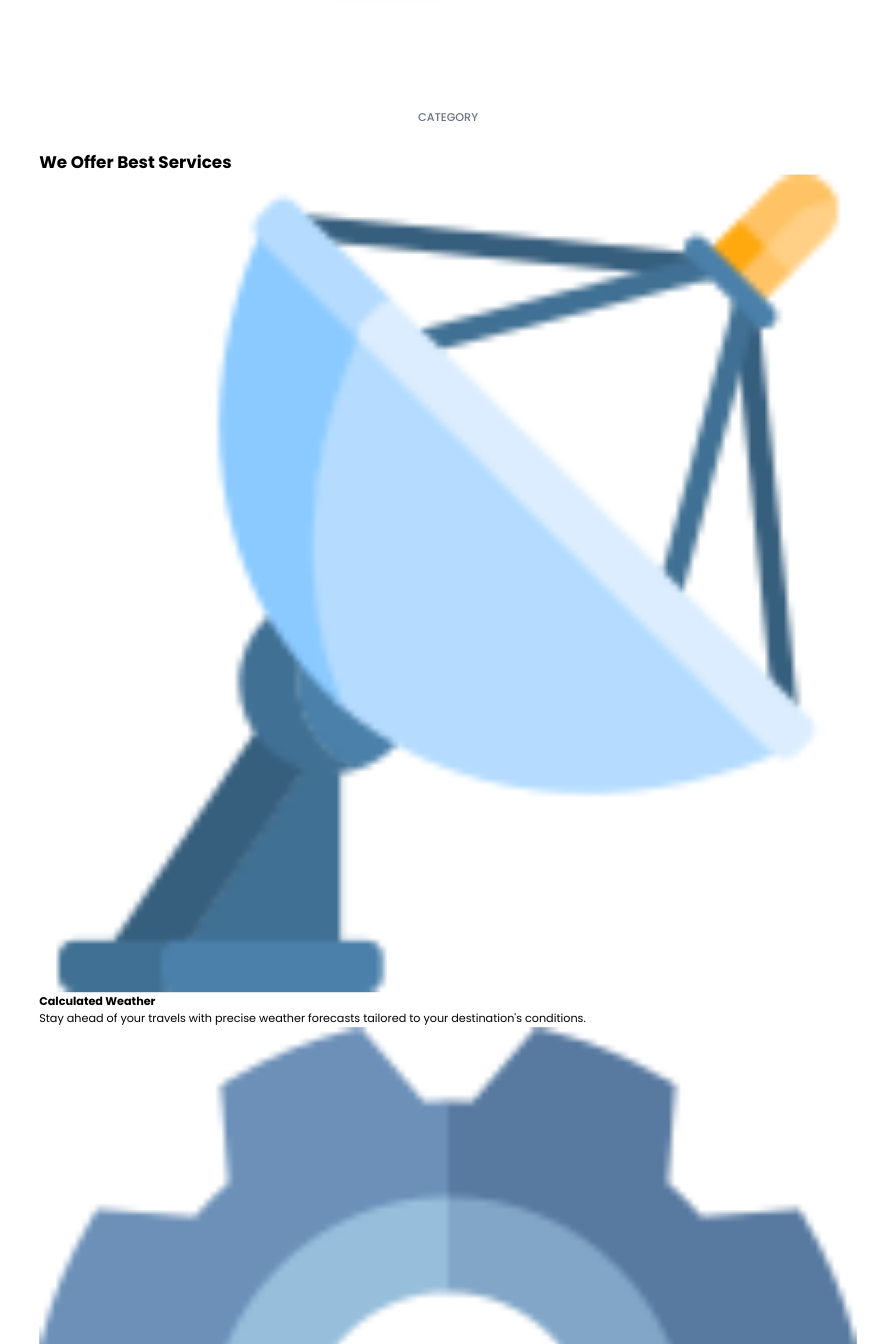
Repository: ntandomagana/travel-website
Page: index.html
The author's editor kept a copy of each file at every save. The page is drawn from the files as they stood at one save, then again after a run of saves.
The browser window is 1280 px wide. The pictures show the part of the page from y = 1178 to 3098 px (the page is 11279 px tall before and 11343 px after), at 70% of full size.

Above is the page before, as saved 2024-05-07 13:18:06.

### index.html
<!DOCTYPE html>
<html lang="en">
  <head>
    <meta charset="UTF-8" />
    <meta name="viewport" content="width=device-width, initial-scale=1.0" />
    <link
      href="https://cdn.jsdelivr.net/npm/remixicon@4.2.0/fonts/remixicon.css"
      rel="stylesheet"
    />
    <link
      rel="stylesheet"
      href="https://cdn.jsdelivr.net/npm/swiper@11/swiper-bundle.min.css"
    />
    <link rel="stylesheet" href="style.css" />
    <title>Travel Website</title>
  </head>
  <body>
    <nav>
      <div class="nav-header">
        <div class="logo">
          <a href="#" class="logo">Travel<span>S</span>.</a>
        </div>
        <div class="nav-menu-btn" id="menu-btn">
          <i class="ri-menu-line"></i>
        </div>
      </div>

      <ul class="nav-links" id="nav-links">
        <li><a href="#home">Home</a></li>
        <li><a href="#service">Services</a></li>
        <li><a href="#destination">Destinations</a></li>
        <li><a href="#trips">Trips</a></li>
        <li><a href="#client">Clients</a></li>
      </ul>
    </nav>

    <header class="section-container header-container" id="home">
      <div class="header-image">
        <img src="assets/header.png" alt="header" />
      </div>
      <div class="header-content">
        <h3 class="section-subheader">BEST DESTINATIONS AROUND THE WORLD</h3>
        <h1>Travel, enjoy and live a new full life</h1>
        <p>
          It's an invitation to break free from the ordinary, immerse yourself
          in diverse cultures, and embrace the beauty of the world around you.
          Let every journey be a chapter in your story of living life to its
          fullest potential.
        </p>
        <div class="header-btns">
          <button class="btn">Find out more</button>
          <a href="#">
            <span><i class="ri-play-fill"></i></span>
            Play Demo
          </a>
        </div>
      </div>
    </header>

    <section class="section-container service-container" id="service">
      <h3 class="section-subheader">CATEGORY</h3>
      <h2 class="section-header">We Offer Best Services</h2>
      <div class="service-grid">
        <div class="service-card">
          <img src="assets/weather.png" alt="service" />
          <h4>Calculated Weather</h4>
          <p>
            Stay ahead of your travels with precise weather forecasts tailored
            to your destination's conditions.
          </p>
        </div>
        <div class="service-card">
          <img src="assets/customisation.png" alt="service" />
          <h4>Customizations</h4>
          <p>
            Tailor your journey with personalized customizations, ensuring every
            detail reflects your unique travel style.
          </p>
        </div>
      </div>
    </section>

    <section class="section-container destination-container" id="destination">
      <h3 class="section-subheader">TOP SELLING</h3>
      <h2 class="section-header">Top Destinations</h2>
      <div class="destination-grid">
        <div class="destination-card">
          <img src="assets/destination-1.jpg" alt="destination" />
          <div class="destination-details">
            <div>
              <h4>Rome, Italy</h4>
              <h4>$5.42k</h4>
            </div>
            <p>
              <span><i class="ri-navigation-fill"></i></span>
              10 days trip
            </p>
          </div>
        </div>
        <div class="destination-card">
          <img src="assets/destination-3.jpg" alt="destination" />
          <div class="destination-details">
            <div>
              <h4>Full Europe</h4>
              <h4>$15k</h4>
            </div>
            <p>
              <span><i class="ri-navigation-fill"></i></span>
              28 Days Trip
            </p>
          </div>
        </div>
      </div>
    </section>

    <section class="section-container trip-container" id="trip">
      <div class="trip-image">
        <img src="assets/trip.png" />
      </div>
      <div class="trip-content">
        <h3 class="section-subheader">EASY & FAST</h3>
        <h2 class="section-header">Book Your Next Trip in 3 Easy Steps</h2>
        <ul class="trip-list">
          <li>
            <span><i class="ri-signpost-line"></i></span>
            <div>
              <h4>Choose Destination</h4>
              <p>
                Choose your dream destination from our curated selection of
                exotic locales, bustling cities, and serene getaways.
              </p>
            </div>
          </li>

          <li>
            <span><i class="ri-secure-payment-line"></i></span>
            <div>
              <h4>Reach Airport on Selected Date</h4>
              <p>
                Prepare for takeoff as you finalize your travel plans, arriving
                at the airport on your selected date ready to embark on your
                next unforgettable journey.
              </p>
            </div>
          </li>
        </ul>
      </div>
    </section>

    <section class="section-container clinet-container" id="client">
      <div class="client-content">
        <h3 class="section-subheader">TESTIMONIALS</h3>
        <h2 class="section-header">What People Say About Us</h2>
      </div>
      <div class="client-swiper">
        <!--Slider main container-->
        <div class="swiper">
          <!--Additional required wrapper-->
          <div class="swiper-wrapper">
            <!--Slides-->
            <div class="swiper-slide">
              <div class="client-card">
                <img src="assets/client-1.jpg" alt="client" />
                <div class="client-card-content">
                  <p>
                    Booking my trips through this platform has been a
                    game-changer! From the intuitive interface to the seamless
                    booking process, I've never felt more excited to explore new
                    destinations.
                  </p>
                  <h4>Emily Watson</h4>
                  <h5>Travel Enthusiast</h5>
                </div>
              </div>
            </div>
            <div class="swiper-slide">
              <div class="client-card">
                <img src="assets/client-2.jpg" alt="client" />
                <div class="client-card-content">
                  <p>
                    As a busy professional, time is of the essence. This website
                    made planning my vacation a breeze, allowing me to focus on
                    what matters most: making memories with my family.
                  </p>
                  <h4>David Nguyen</h4>
                  <h5>Business Executive</h5>
                </div>
              </div>
            </div>

            <div class="swiper-slide">
              <div class="client-card">
                <img src="assets/client-3.jpg" alt="client" />
                <div class="client-card-content">
                  <p>
                    I've been using this service for years, and it never
                    disappoints. The convenience of booking my flights,
                    accommodations, and activities all in one place saves me
                    time and stress every trip.
                  </p>
                  <h4>Michael Johnson</h4>
                  <h5>Frequent Flyer</h5>
                </div>
              </div>
            </div>
          </div>
        </div>
      </div>
    </section>

    <footer class="footer">
      <div class="section-container footer-container">
        <div class="footer-col">
          <div class="footer-logo">
            <a href="#" class="logo">Travel<span>S</span>.</a>
          </div>
          <p>
            Our platform is your passport to seamless adventures, offering a
            curated selection of destinations and a user-friendly booking
            experience.
          </p>
        </div>
        <div class="footer-col">
            <h4>Company</h4>
            <ul class="footer-links">
                <li><a href="#">About</a></li>
                <li><a href="#">Careers</a></li>
                <li><a href="#">Mobile</a></li>
            </ul>
        </div>
        <div class="footer-col">
          <h4>Contact</h4>
          <ul class="footer-links">
            <li><a href="#">Help/FAQ</a></li>
            <li><a href="#">Press</a></li>
            <li><a href="#">Affiliates</a></li>
          </ul>
        </div>
        <div class="footer-col">
          <ul class="footer-socials">
            <li>
              <a href="#"><i class="ri-facebook-fill"></i></a>
            </li>
            <li>
              <a href="#"><i class="ri-instagram-line"></i></a>
            </li>
            <li>
              <a href="#"><i class="ri-twitter-fill"></i></a>
            </li>
          </ul>
          <h5>Discover our app</h5>
          <div class="footer-discover">
            <a href="#"><img src="assets/google-play.jpg" alt="discover" /></a>
            <a href="#"><img src="assets/app-store.jpg" alt="discover" /></a>
          </div>
        </div>
      </div>
      <div class="footer-bar">
        Copyright © 2024 TravelS. All rights reserved.
      </div>
    </footer>

    <script src="https://unpkg.com/scrollreveal"></script>
    <script src="https://cdn.jsdelivr.net/npm/swiper@11/swiper-bundle.min.js"></script>
    <script src="main.js"></script>

      </div>

    </footer>
  </body>
</html>

### style.css
@import url("https://fonts.googleapis.com/css2?family=Poppins:ital,wght@0,100;0,200;0,300;0,400;0,500;0,600;0,700;0,800;0,900;1,100;1,200;1,300;1,400;1,500;1,600;1,700;1,800;1,900&display=swap");

:root {
  --primary-color: #e06951;
  --text-dark: #111827;
  --text-light: #6b7280;
  --white: #ffffff;
  --max-width: 1200px;
}

* {
  padding: 0;
  margin: 0;
  box-sizing: border-box;
}

html,
body {
  scroll-behavior: smooth;
}

body {
  font-family: "Poppins", sans-serif;
  background-image: url(assets/header-bg.png);
  background-size: contain;
  background-position: top center;
  background-repeat: no-repeat;
}

nav {
  position: fixed;
  isolation: isolate;
  width: 100%;
  max-width: var(--max-width);
  margin-inline: auto;
  z-index: 9;
}

.nav-header {
  padding: 1rem;
  width: 100%;
  display: flex;
  align-items: center;
  justify-content: space-between;
  background-color: var(--text-dark);
}

.nav-header .logo {
  color: var(--white);
}

.nav-menu-btn {
  font-size: 1rem;
  color: var(--white);
  cursor: pointer;
}

.nav-links {
  position: absolute;
  top: 65px;
  left: 0;
  width: 100%;
  list-style: none;
  display: flex;
  align-items: center;
  justify-content: center;
  flex-direction: column;
  gap: 2rem;
  padding: 2rem;
  background-color: var(--text-dark);
  transition: 0.5s;
  z-index: -1;
  transform: translateY(-100%);
}

.nav-links.open {
  transform: translateY(0);
}

.nav-links a {
  font-weight: 500;
  white-space: nowrap;
  color: var(--white);
}

.nav-links a:hover {
  color: var(--primary-color);
}

.section-container {
  max-width: var(--max-width);
  margin: auto;
  padding: 5rem 1rem;
}

.section-subheader {
  margin-bottom: 1rem;
  font-size: 1rem;
  font-weight: 500;
  line-height: 3.75rem;
  color: var(--text-light);
  text-align: center;
}

.logo {
  font-size: 1.75rem;
  font-weight: 600;
  color: var(--text-dark);
}

.logo span {
  color: var(--primary-color);
}

img {
  display: flex;
  width: 100%;
}

a {
  text-decoration: none;
  transition: 0.4s;
}

ul {
  list-style: none;
}

.header-container {
  display: grid;
  gap: 2rem;
  overflow: hidden;
}

.header-image img {
  max-width: 550px;
  margin-inline: auto;
}

.header-content .section-subheader {
  font-size: 1.2rem;
  color: var(--primary-color);
}

.header-content h1 {
  margin-bottom: 1rem;
  font-size: 4.75rem;
  font-weight: 500;
  line-height: 5.5rem;
  color: var(--text-dark);
  text-align: center;
}

.header-content p {
  margin-bottom: 2rem;
  line-height: 2rem;
  color: var(--text-light);
  text-align: center;
}

.header-btns {
  display: flex;
  align-items: center;
  justify-content: center;
  gap: 2rem;
}

.header-btns .btn {
  padding: 1rem 1.5rem;
  outline: none;
  border: none;
  font-size: 1rem;
  color: var(--white);
  background-color: #f1a501;
  border-radius: 5px;
  box-shadow: 2px 2px 20px rgba(241, 165, 1, 0.5);
  cursor: pointer;
}

.header-btns a {
  display: flex;
  align-items: center;
  gap: 1rem;
  font-size: 1rem;
  font-weight: 500;
  color: var(--text-light);
  transition: 0.3s;
}

.header-btns a:hover {
  color: var(--text-dark);
}

.header-btns a span {
  padding: 6px 12px;
  font-size: 1.5rem;
  color: var(--white);
  background-color: var(--primary-color);
  box-shadow: 2px 2px 20px rgba(224, 105, 81, 0.5);
  border-radius: 100%;
}

.service-grid {
    margin-top: ;
}

Loaded but not shown: main.js (no copy from this time; the picture is the same without it)

After the next 2 saves:
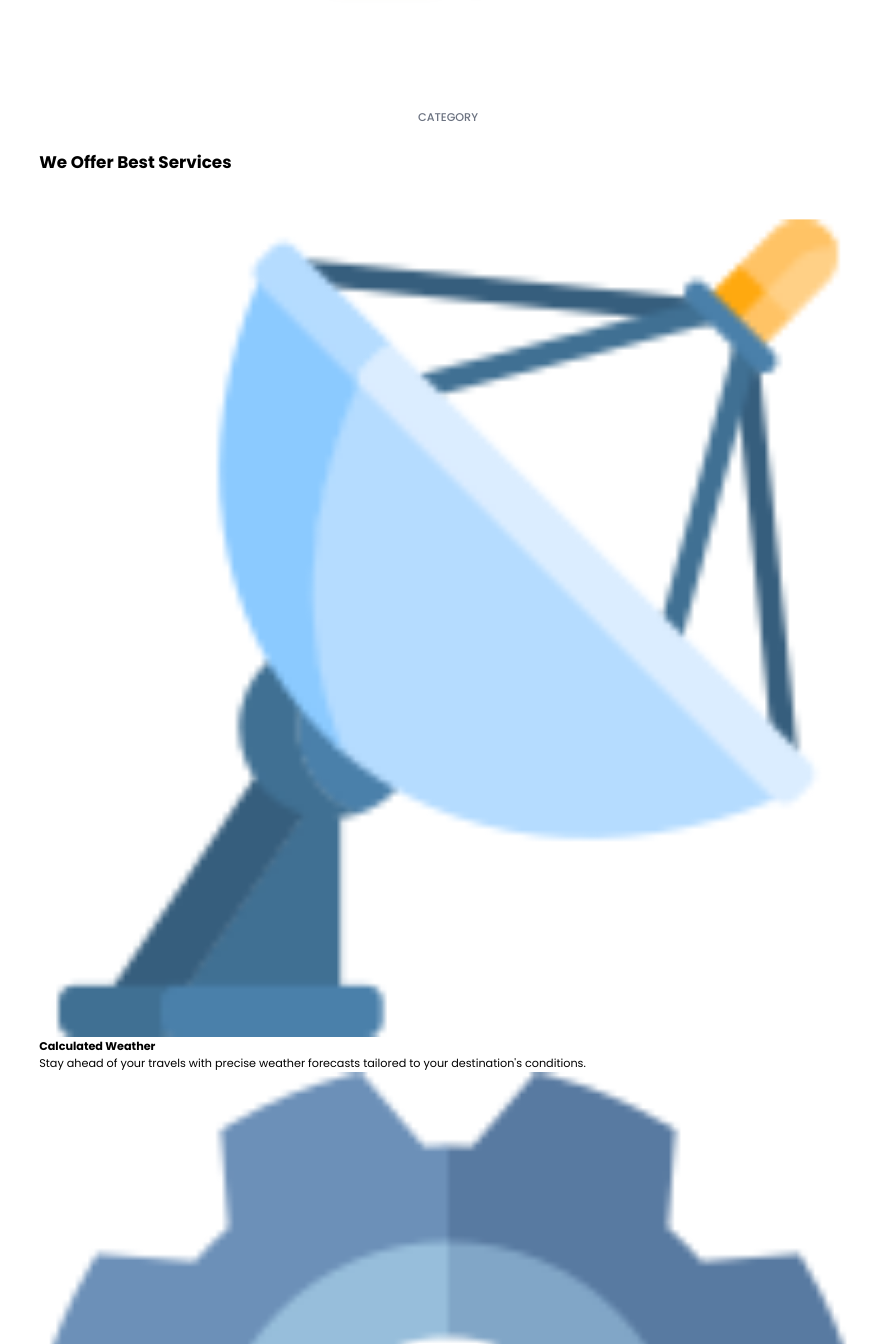
The 2 saves are shown as one change because they came seconds apart.
The last was saved 8 s later.
--- a/style.css
+++ b/style.css
@@ -201,5 +201,6 @@ ul {
 }
 
 .service-grid {
-    margin-top: ;
-}
+    margin-top: 4rem;
+    display: ;
+}
